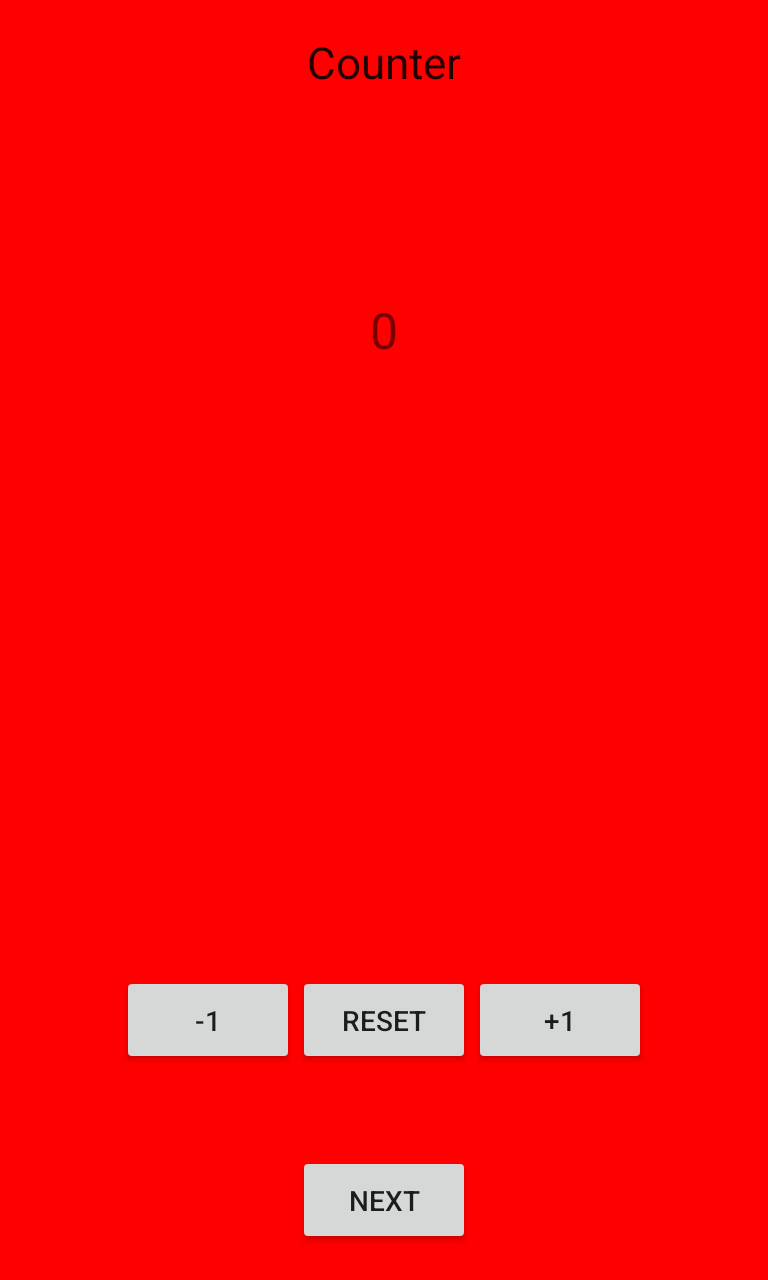
Repository: deltap1/iD-Tech-Repo
Layout: IDTechProject/res/layout/activity_main.xml
These files come from the project's save history. The layout is drawn as it stood at one moment and after the next save; the edit follows.
It is drawn on a 768 x 1280 px phone screen (xhdpi) without system bars, with theme AppTheme; the app's code is not run.

Above is the layout before, as saved 2014-07-08 19:50:42.

After the next save:
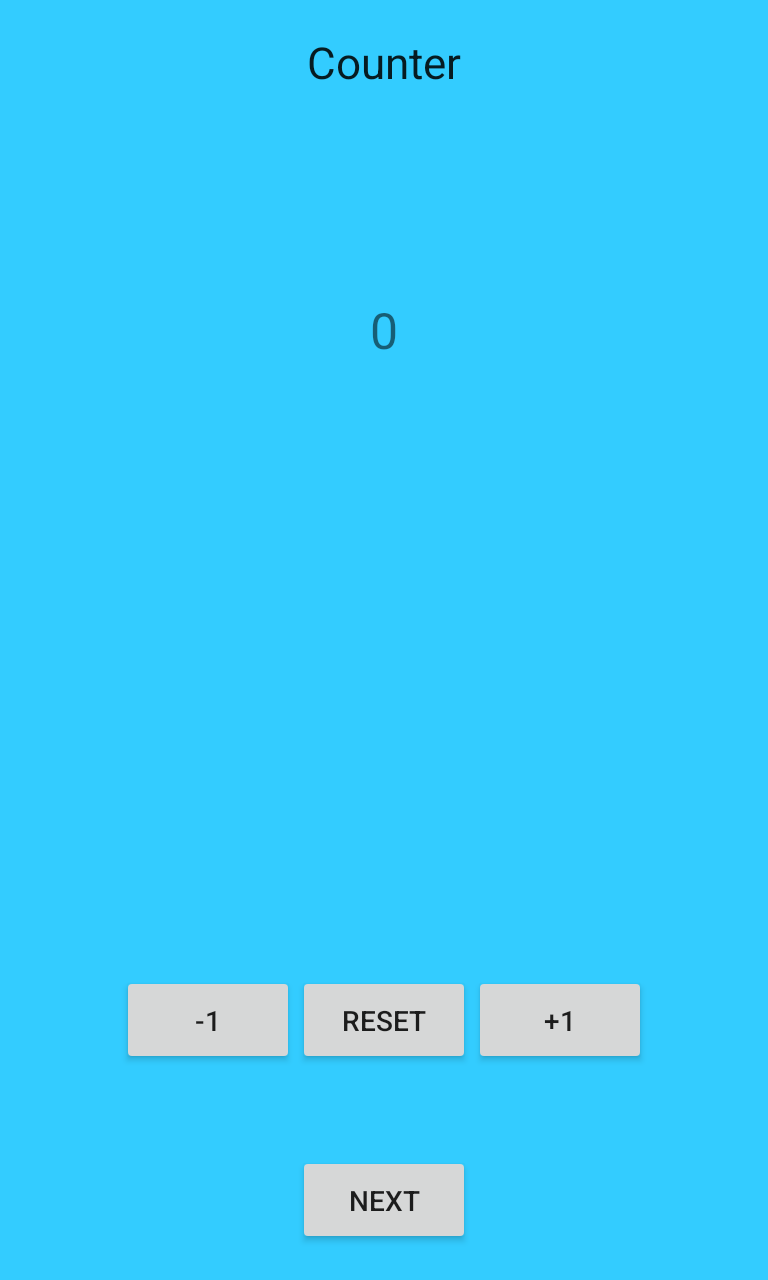
Saved 3 min 44 s later.
--- a/IDTechProject/res/layout/activity_main.xml
+++ b/IDTechProject/res/layout/activity_main.xml
@@ -7,7 +7,7 @@
     android:paddingRight="@dimen/activity_horizontal_margin"
     android:paddingTop="@dimen/activity_vertical_margin"
     tools:context="com.masonl.idtechproject.MainActivity"
-    android:background="#FF0000" >
+    android:background="#33CCFF" >
 
     <TextView
         android:id="@+id/textView1"
